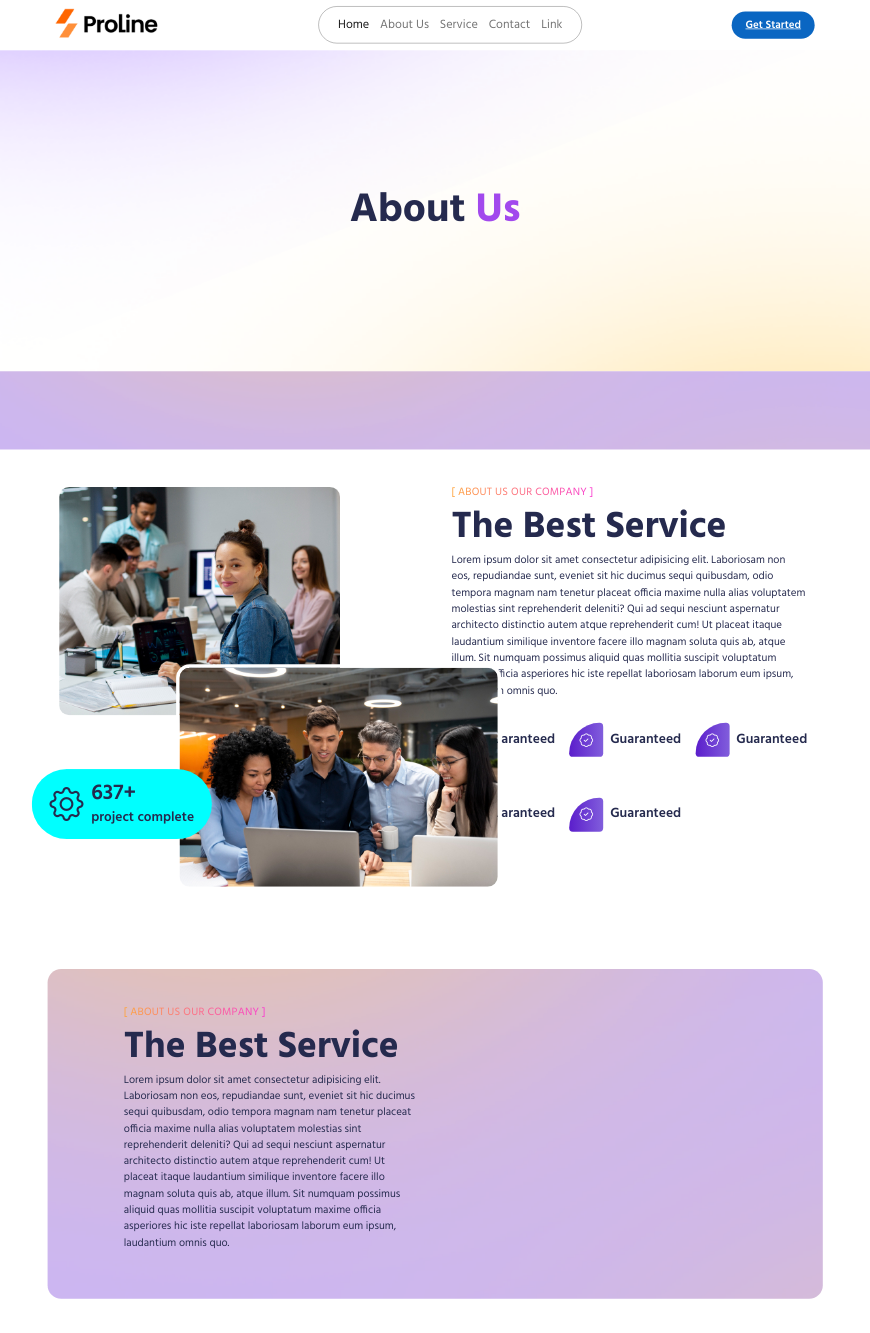
Repository: tagnam/corporate
Page: aboutus.html
An editor plug-in stored every save of this project. The page is shown before and after a run of saves, followed by the edit.
The browser window is 1280 px wide. The pictures show the whole page, at 68% of full size.

Above is the page before, as saved 2025-02-15 12:11:44.

After the next 4 saves:
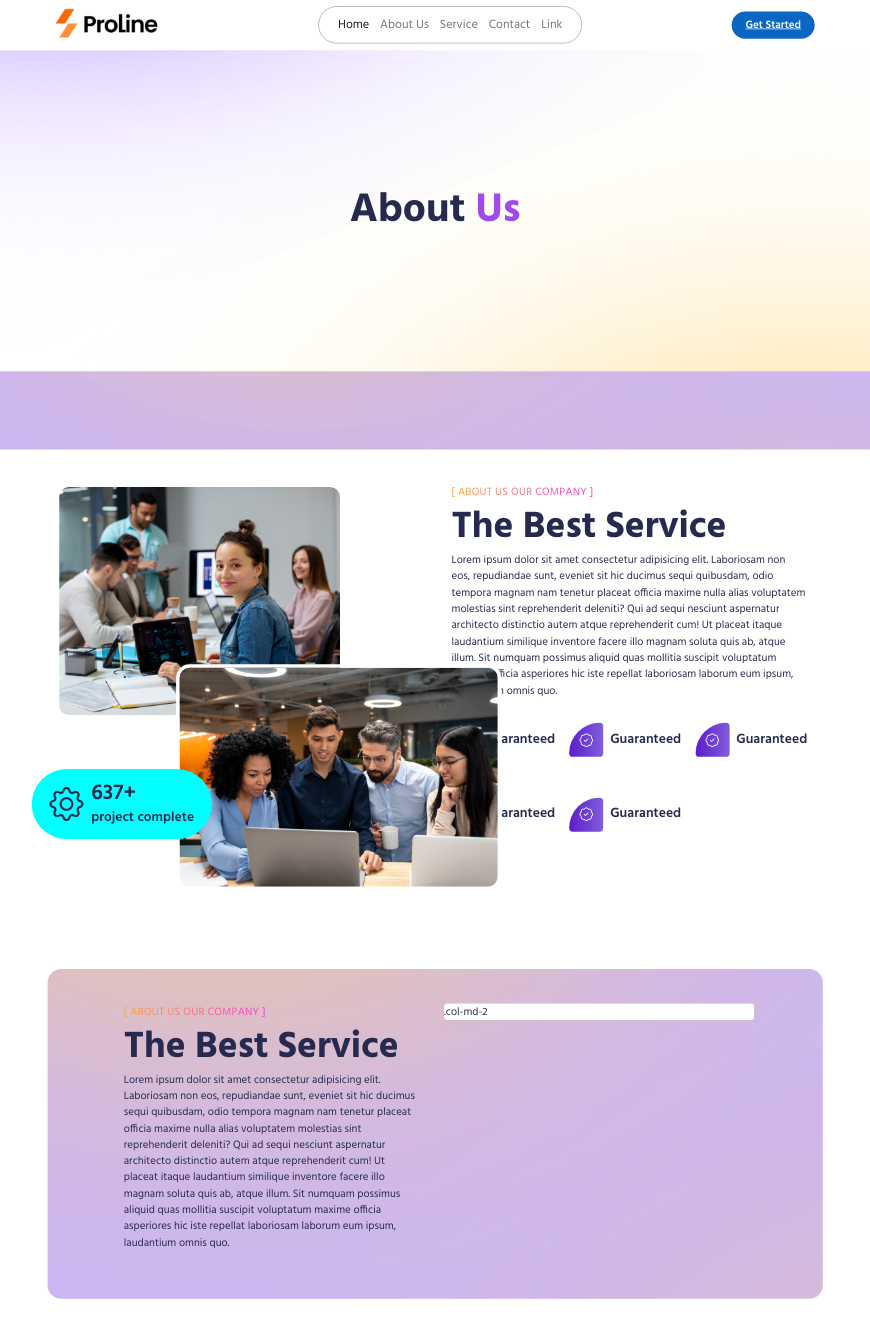
The 4 saves are shown as one change because they came seconds apart.
The last was saved 11 s later.
--- a/aboutus.html
+++ b/aboutus.html
@@ -202,7 +202,9 @@
                         <div class="col-lg-6">
                                 <div class="mission-vision-card">
                                     <div class="mission-card">
-
+                                        <div class="card">
+                                            .col-md-2
+                                        </div>
                                     </div>
                                     <div class="vission-card"></div>
                                 </div>
